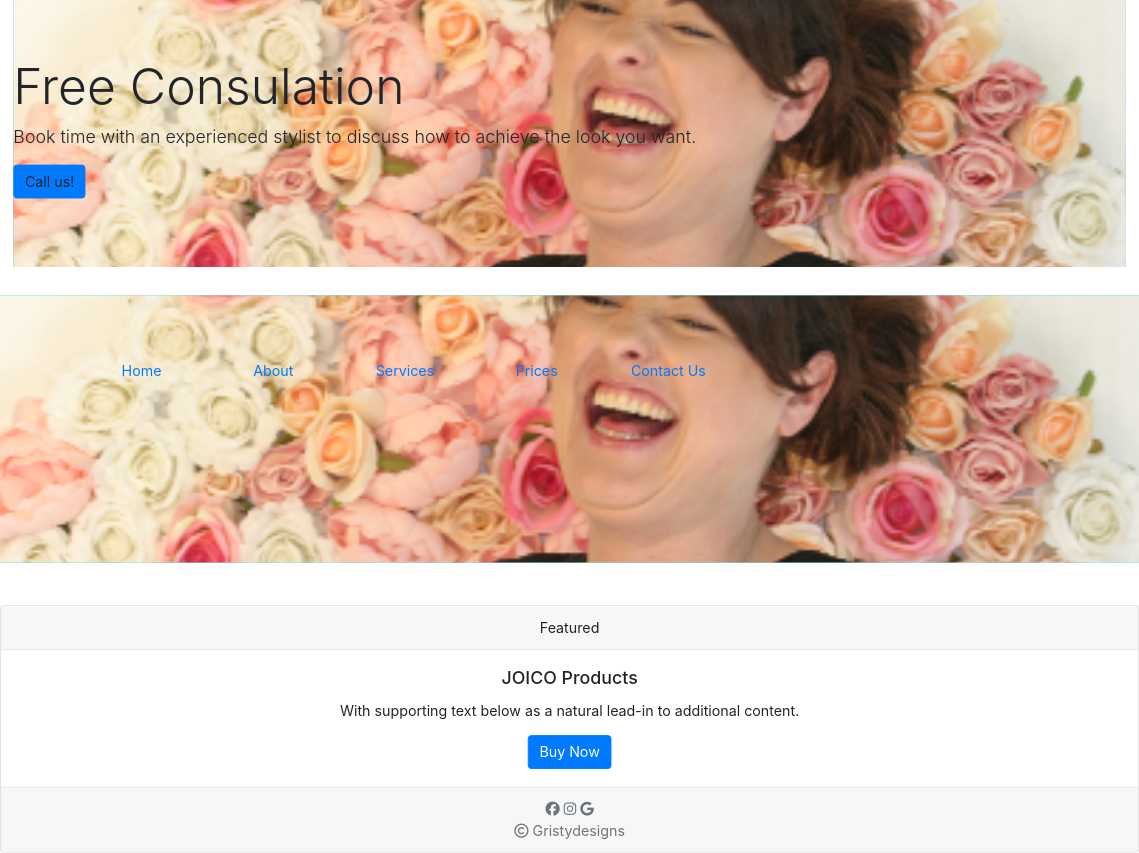
Repository: Gristydesigns/elegance-salon
Page: index.html
The author's editor kept a record of every edit. The page is drawn from the files as they stood at one moment, then again after the next edit.
The browser window is 1280 px wide. The pictures show the whole page, at 89% of full size.
Some web libraries are served in a nearby version.

Above is the page before.

After the next edit:
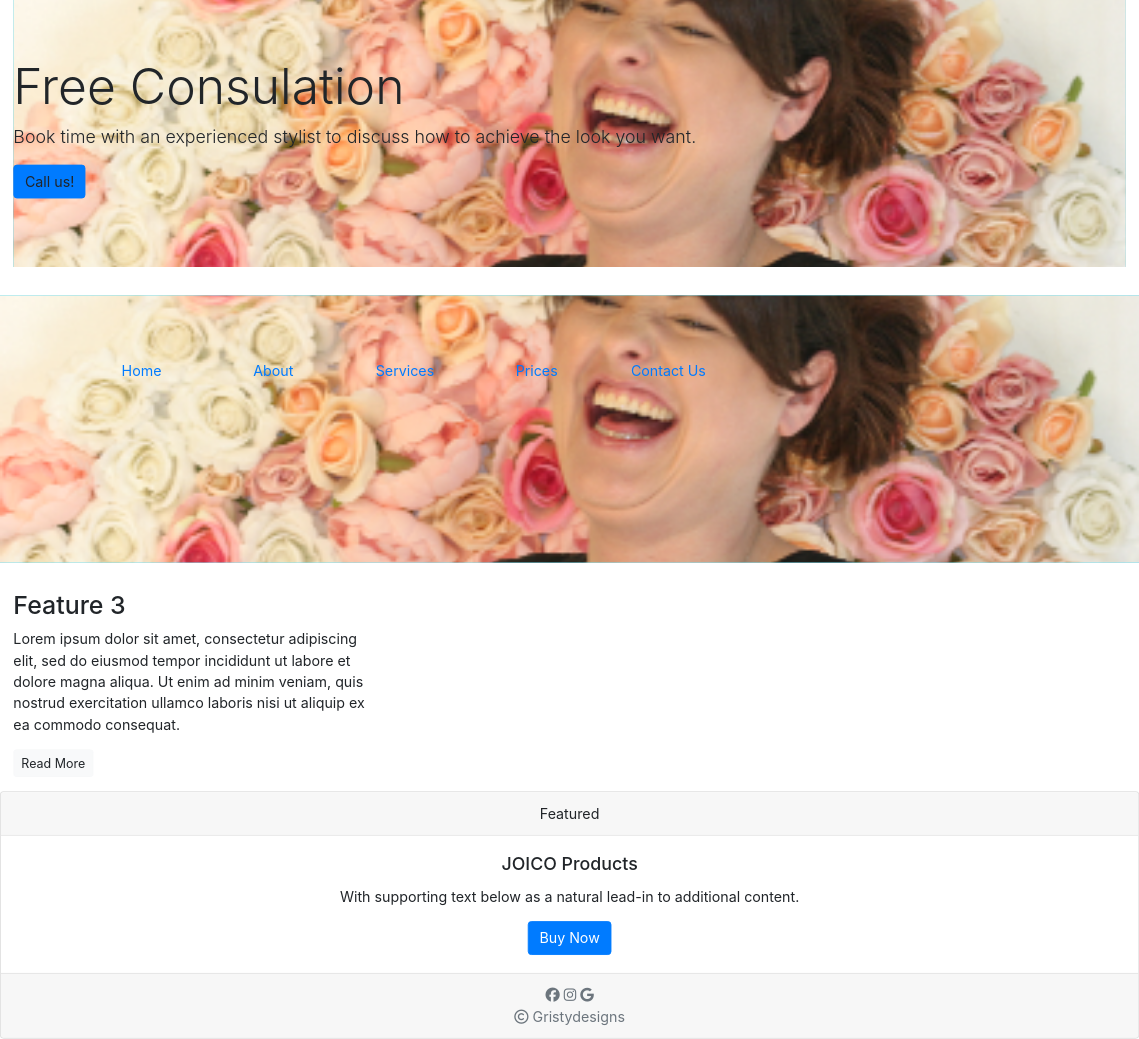
The edit:
--- a/index.html
+++ b/index.html
@@ -57,9 +57,11 @@
   </header>
 
   <section>
-    <div class="no-gutters bg-color-name-content">
-      <div class="row col-md 8">
-        <p information></p>
+    <div class="col-12 d-md-none d-lg-block col-lg-4">
+                    <div class="feature">
+                        <h3>Feature 3</h3>
+          <p>Lorem ipsum dolor sit amet, consectetur adipiscing elit, sed do eiusmod tempor incididunt ut labore et dolore magna aliqua. Ut enim ad minim veniam, quis nostrud exercitation ullamco laboris nisi ut aliquip ex ea commodo consequat.</p>
+                        <p><a class="btn btn-sm btn-light" href="">Read More</a></p>
       </div>
     </div>
   </section>
